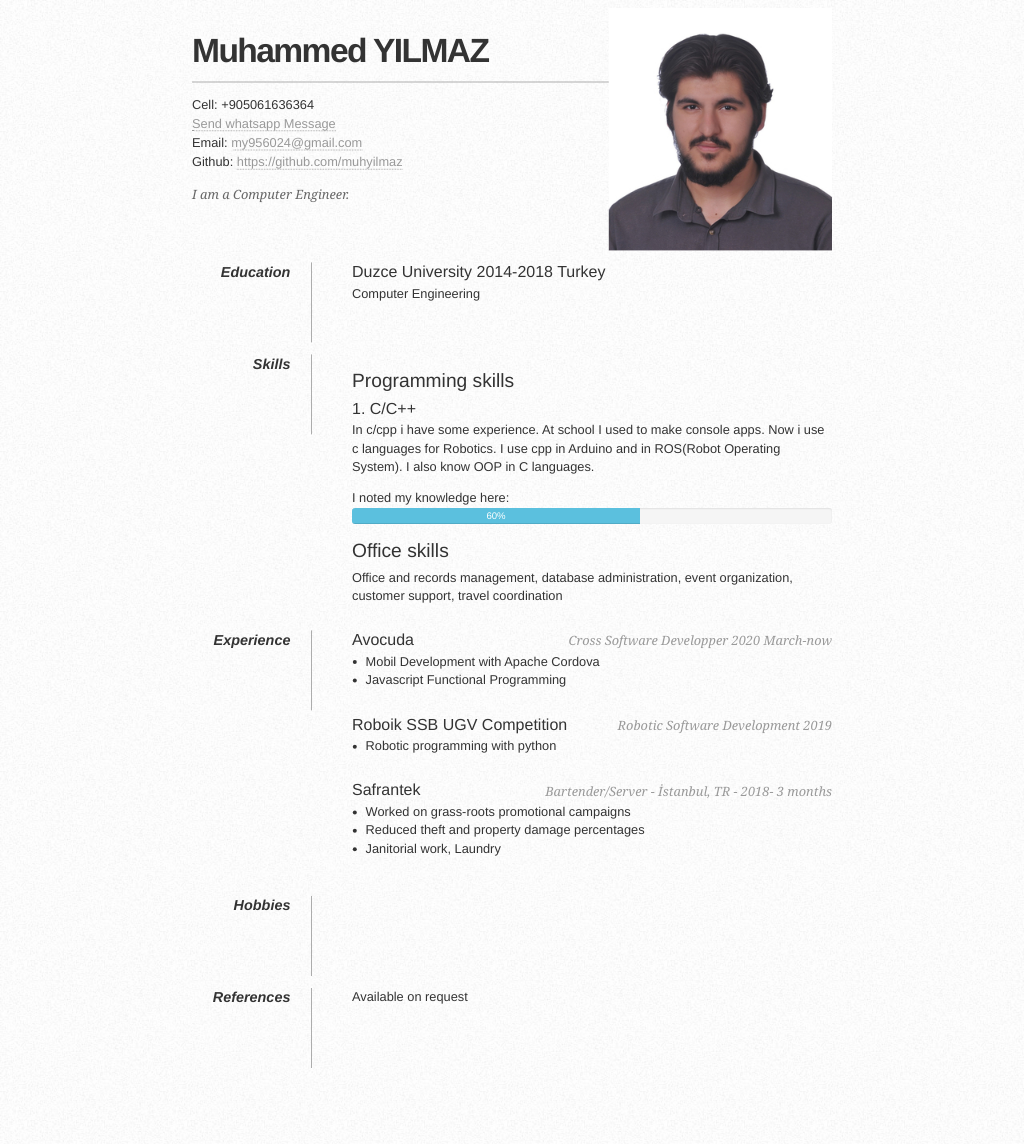
Repository: muhyilmaz/muhyilmaz.github.io
Page: index.html
The author's editor kept a copy of each file at every save. The page is drawn from the files as they stood at one save, then again after the next save.
The browser window is 1280 px wide. The pictures show the whole page, at 80% of full size.

Above is the page before, as saved 2020-06-08 18:32:58.

### index.html
<!DOCTYPE html PUBLIC "-//W3C//DTD XHTML 1.0 Strict//EN"
"http://www.w3.org/TR/xhtml1/DTD/xhtml1-strict.dtd">

<html xmlns="http://www.w3.org/1999/xhtml" xml:lang="en" lang="en">

<head>

     <meta http-equiv="Content-Type" content="text/html; charset=utf-8"/>
     <meta name="viewport" content="width=device-width, initial-scale=1">
     <link rel="stylesheet" href="https://maxcdn.bootstrapcdn.com/bootstrap/3.4.1/css/bootstrap.min.css">
     <script src="https://ajax.googleapis.com/ajax/libs/jquery/3.5.1/jquery.min.js"></script>
     <script src="https://maxcdn.bootstrapcdn.com/bootstrap/3.4.1/js/bootstrap.min.js"></script>

     <title>MUHAMMED YILMAZ</title>

     <style type="text/css">
        * { margin: 0; padding: 0; }
        body { font: 16px Helvetica, Sans-Serif; line-height: 24px; background: url(images/noise.jpg); }
        .clear { clear: both; }
        #page-wrap { width: 800px; margin: 40px auto 60px; }
        #pic { float: right; margin: -30px 0 0 0; }
        h1 { margin: 0 0 16px 0; padding: 0 0 16px 0; font-size: 42px; font-weight: bold; letter-spacing: -2px; border-bottom: 1px solid #999; }
        h2 { font-size: 20px; margin: 0 0 6px 0; position: relative; }
        h2 span { position: absolute; bottom: 0; right: 0; font-style: italic; font-family: Georgia, Serif; font-size: 16px; color: #999; font-weight: normal; }
        p { margin: 0 0 16px 0; }
        a { color: #999; text-decoration: none; border-bottom: 1px dotted #999; }
        a:hover { border-bottom-style: solid; color: black; }
        ul { margin: 0 0 32px 17px; }
        #objective { width: 500px; float: left; }
        #objective p { font-family: Georgia, Serif; font-style: italic; color: #666; }
        dt { font-style: italic; font-weight: bold; font-size: 18px; text-align: right; padding: 0 26px 0 0; width: 150px; float: left; height: 100px; border-right: 1px solid #999;  }
        dd { width: 600px; float: right; }
        dd.clear { float: none; margin: 0; height: 15px; }
     </style>
</head>

<body>

    <div id="page-wrap">

        <img src="images/profileres.jpg" alt="Photo of Cthulu" id="pic" />

        <div id="contact-info" class="vcard">

            <!-- Microformats! -->

            <h1 class="fn">Muhammed YILMAZ</h1>

            <p>
                Cell: <span class="tel">+905061636364</span><br />
                <a href="https://api.whatsapp.com/send?phone=905061636364">Send whatsapp Message</a><br />
                Email: <a class="email" href="mailto:my956024@gmail.com">my956024@gmail.com</a><br />
                Github: <a href="https://github.com/muhyilmaz">https://github.com/muhyilmaz</a>
            </p>
        </div>

        <div id="objective">
            <p>
                I am a Computer Engineer.
            </p>
        </div>

        <div class="clear"></div>

        <dl>
            <dd class="clear"></dd>

            <dt>Education</dt>
            <dd>
                <h2>Duzce University 2014-2018 Turkey</h2>
                <p> Computer Engineering </br>

				</p>
            </dd>

            <dd class="clear"></dd>

            <dt>Skills</dt>
            <dd>
                <!---
				<h2>Office skills</h2>
                <p>Office and records management, database administration, event organization, customer support, travel coordination</p>

                <h2>Computer skills</h2>
                <p>Microsoft productivity software (Word, Excel, etc), Adobe Creative Suite, Windows</p>
				-->
				<h3>Programming skills</h3>
				<h2>1. C/C++</h2>
                <p>In c/cpp i have some experience. At school I used to make console apps. Now i use c languages for Robotics. I use cpp in Arduino and in ROS(Robot Operating System). I also know OOP in C languages. </p>
                I noted my knowledge here:

                <div class="progress">
                    <div class="progress-bar progress-bar-info" role="progressbar" aria-valuenow="60" aria-valuemin="0" aria-valuemax="100" style="width:60%">
                      60%
                    </div>
                  </div>

				<h3>Office skills</h3>
                <p>Office and records management, database administration, event organization, customer support, travel coordination</p>
			</dd>

            <dd class="clear"></dd>

            <dt>Experience</dt>
            <dd>
                <h2>Avocuda <span>Cross Software Developper 2020 March-now</span></h2>
                <ul>
                    <li> Mobil Development with Apache Cordova</li>
					<li> Javascript Functional Programming</li>

                </ul>
                <h2>Roboik SSB UGV Competition <span>Robotic Software Development 2019</span></h2>
                <ul>
                    <li>Robotic programming with python</li>

                </ul>
                <h2>Safrantek <span>Bartender/Server - İstanbul, TR - 2018- 3 months</span></h2>
                <ul>
                    <li>Worked on grass-roots promotional campaigns</li>
                    <li>Reduced theft and property damage percentages</li>
                    <li>Janitorial work, Laundry</li>
                </ul>
            </dd>

            <dd class="clear"></dd>

            <dt>Hobbies</dt>
            <dd></dd>

            <dd class="clear"></dd>

            <dt>References</dt>
            <dd>Available on request</dd>

            <dd class="clear"></dd>
        </dl>

        <div class="clear"></div>

    </div>

</body>

</html>

After the next save:
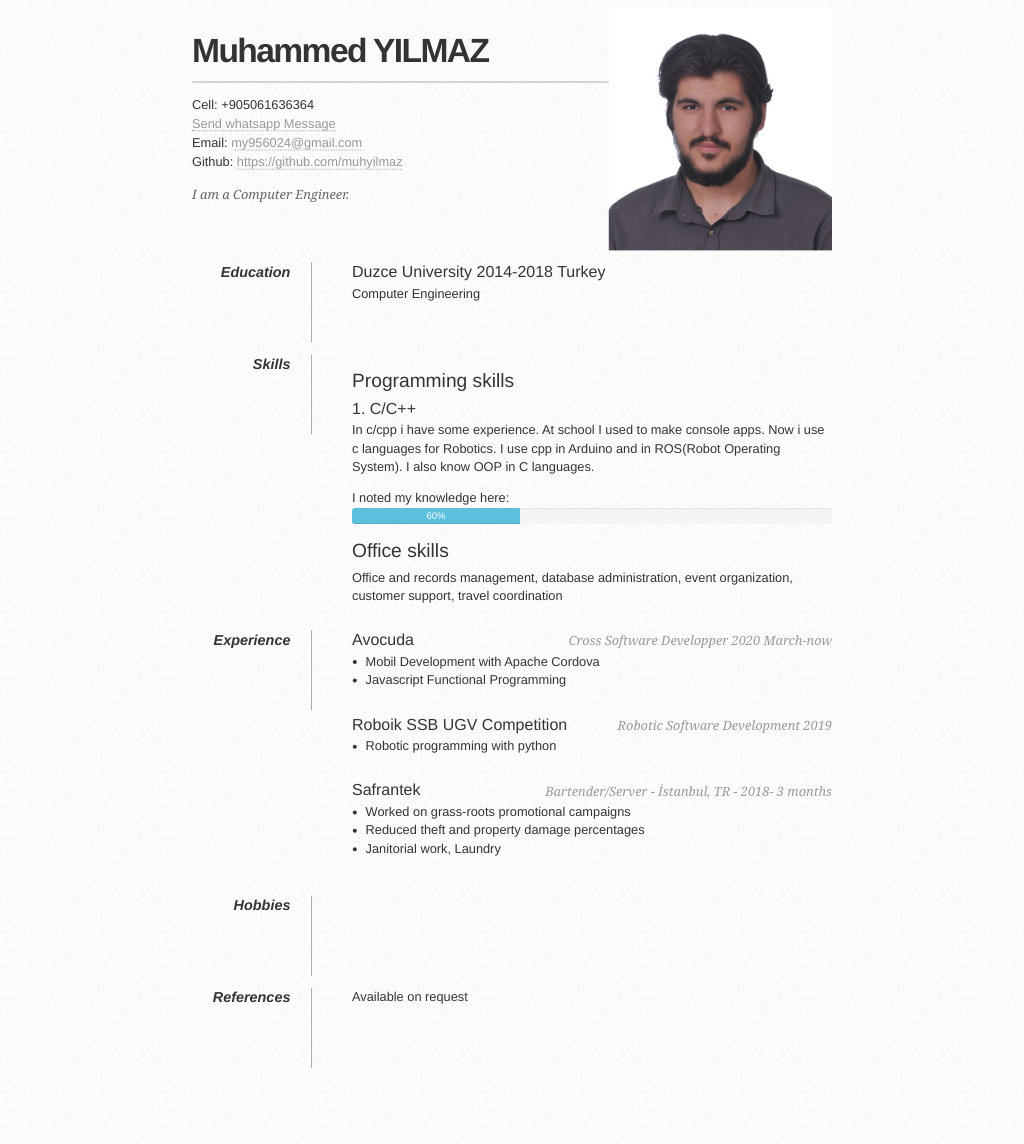
Saved 10 s later.
--- a/index.html
+++ b/index.html
@@ -90,7 +90,7 @@
                 I noted my knowledge here:
 
                 <div class="progress">
-                    <div class="progress-bar progress-bar-info" role="progressbar" aria-valuenow="60" aria-valuemin="0" aria-valuemax="100" style="width:60%">
+                    <div class="progress-bar progress-bar-info" role="progressbar" aria-valuenow="60" aria-valuemin="0" aria-valuemax="100" style="width:35%">
                       60%
                     </div>
                   </div>
